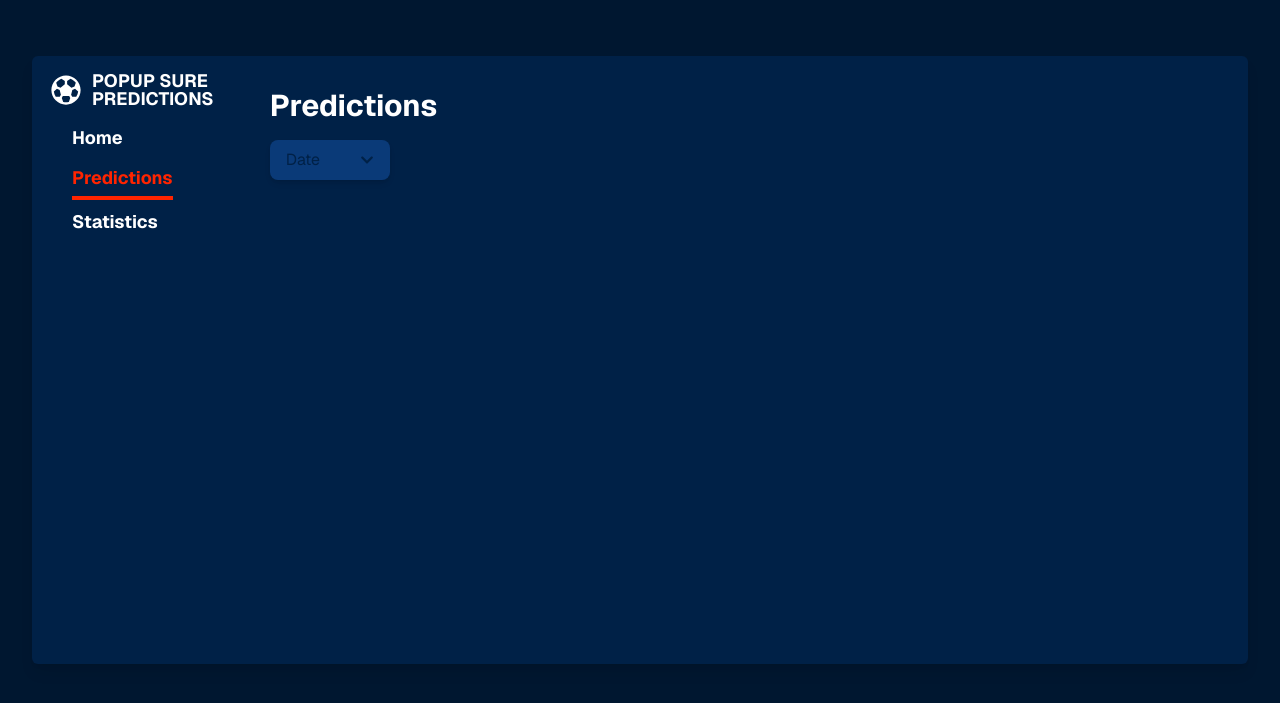
Repository: prototypedave/AlgoFooty
Page: /predictions (app in frontend/algo-footy/)
An editor plug-in stored every save of this project. The page is shown before and after the next save, followed by the edit.
The browser window is 1280 px wide. The pictures show the whole page.
The project was rebuilt for these pictures with package versions that can differ from the ones it lists, and the page was loaded fresh each time. The framework's server and built-in components were replaced by stand-ins that run in the browser. Also part of the build but not shown: frontend/algo-footy/next.config.ts.

Above is the page before, as saved 2025-11-03 07:08:41.

After the next save:
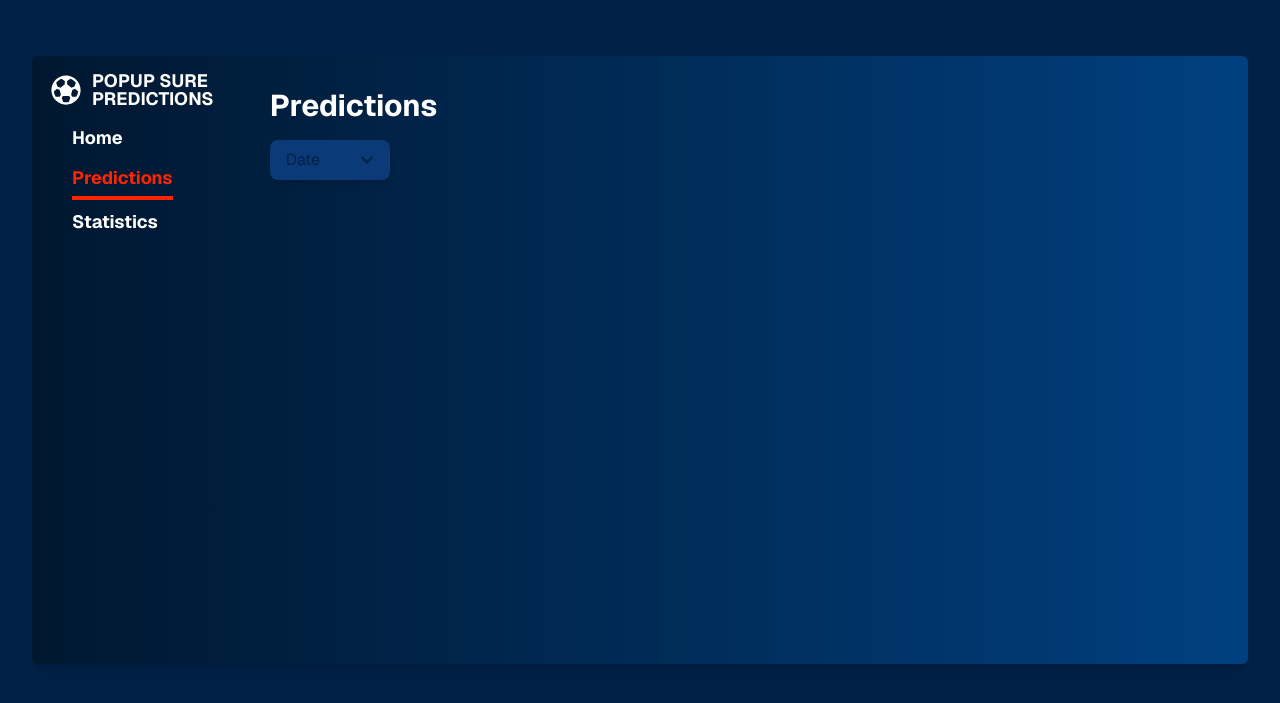
Saved 14 s later.
--- a/frontend/algo-footy/app/predictions/page.tsx
+++ b/frontend/algo-footy/app/predictions/page.tsx
@@ -8,8 +8,8 @@ import DropdownButton from "@/components/dropdown";
 export default function Predictions() {
     const pathname = usePathname();
     return (
-        <div className="relative flex flex-col min-h-screen items-center justify-center bg-[#001730] font-sans">
-            <nav className="absolute inset-x-0 top-0 bottom-0 bg-oxford-blue text-white max-h-full rounded-md mx-8 my-14 shadow-lg flex gap-10 p-4">
+        <div className="relative flex flex-col min-h-screen items-center justify-center bg-oxford-blue font-sans">
+            <nav className="absolute inset-x-0 top-0 bottom-0 bg-gradient-to-r from-[#001730] to-[#004080] text-white max-h-full rounded-md mx-8 my-14 shadow-lg flex gap-10 p-4">
                 <div className="flex flex-col">
                     <div className="flex gap-2">
                         <IoMdFootball className="text-4xl"/>
